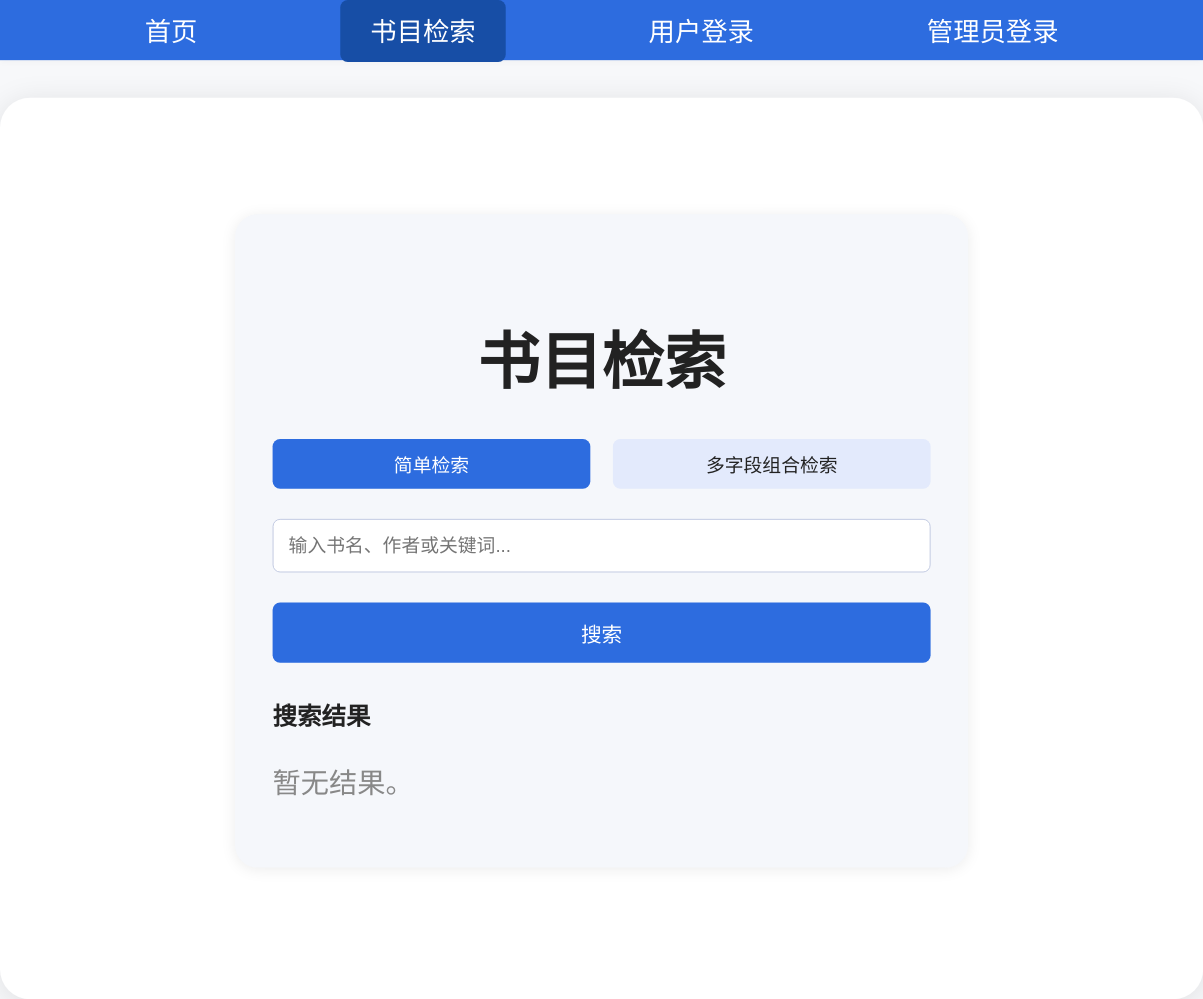
Repository: MercuryRandom/Library-Resource-Management-System
Page: /search (app in frontend/)
These files come from the project's save history. The page is drawn as it stood at one moment and after the next save; the edit follows.
The browser window is 1280 px wide. The pictures show the whole page, at 94% of full size.
The project was rebuilt for these pictures with package versions that can differ from the ones it lists, and the page was loaded fresh each time. Also part of the build but not shown: frontend/vite.config.js, frontend/src/pages/HomePage.jsx, frontend/src/pages/LoginPage.jsx, frontend/src/pages/RegisterPage.jsx, frontend/src/pages/UserLibraryPage.jsx, frontend/src/pages/AdminLoginPage.jsx, frontend/src/pages/AdminPage.jsx, frontend/src/pages/admin/ReaderManagementPage.jsx and 2 more.

Above is the page before, as saved 2025-06-25 20:30:08.

After the next save:
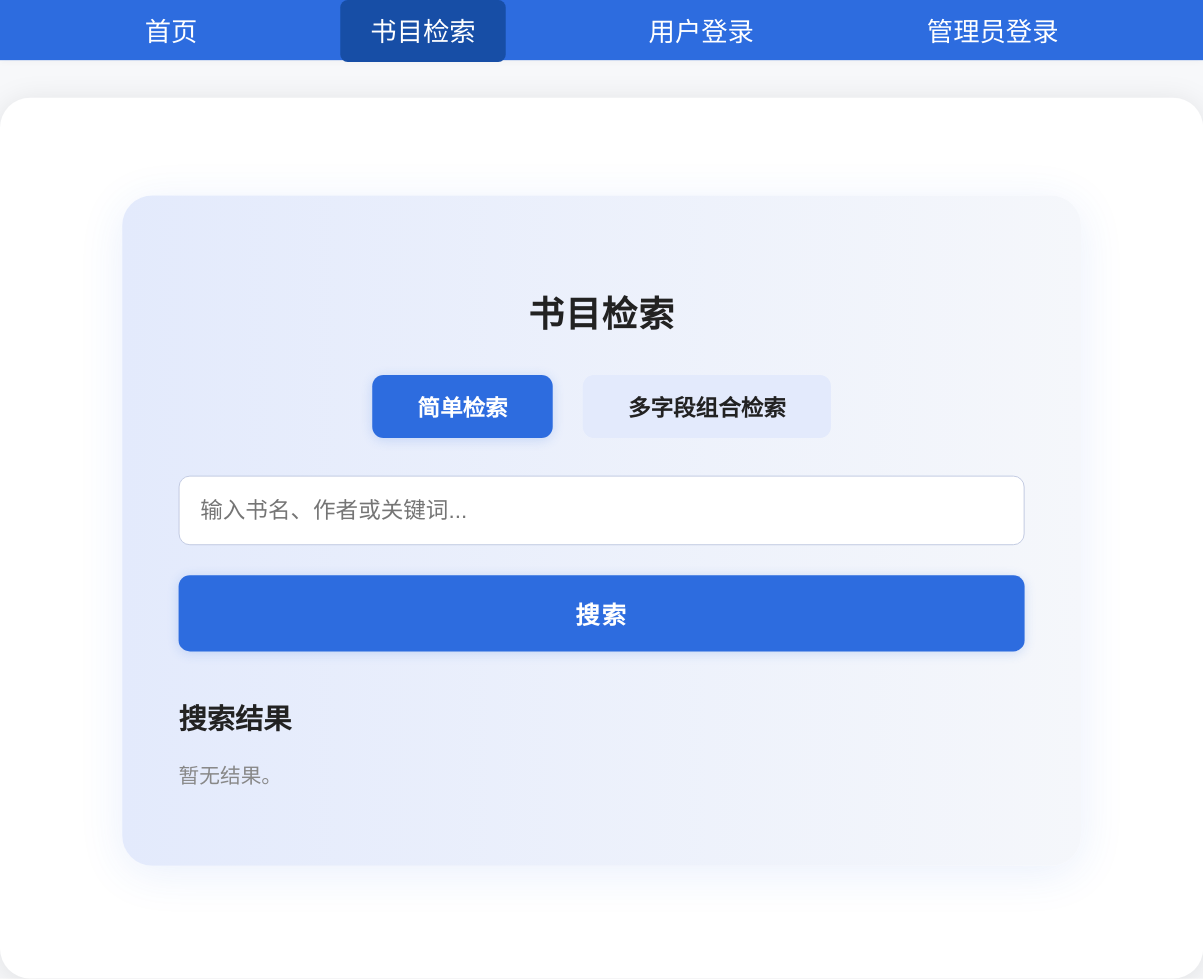
Saved 23 s later.
--- a/frontend/src/pages/SearchPage.jsx
+++ b/frontend/src/pages/SearchPage.jsx
@@ -12,44 +12,46 @@ const SearchPage = () => {
   };
 
   return (
-    <div className="form-card" style={{ maxWidth: '700px' }}>
-      <h2 style={{ textAlign: 'center', marginBottom: 32 }}>书目检索</h2>
-      <div style={{ display: 'flex', justifyContent: 'center', gap: 24, marginBottom: 32 }}>
-        <button type="button" onClick={() => setSearchType('simple')} style={{ background: searchType === 'simple' ? '#2d6cdf' : '#e3eafc', color: searchType === 'simple' ? '#fff' : '#222', border: 'none', borderRadius: 8, padding: '12px 32px', fontSize: 20, cursor: 'pointer' }}>简单检索</button>
-        <button type="button" onClick={() => setSearchType('advanced')} style={{ background: searchType === 'advanced' ? '#2d6cdf' : '#e3eafc', color: searchType === 'advanced' ? '#fff' : '#222', border: 'none', borderRadius: 8, padding: '12px 32px', fontSize: 20, cursor: 'pointer' }}>多字段组合检索</button>
-      </div>
-      <form onSubmit={handleSearch}>
-        {searchType === 'simple' ? (
-          <div>
-            <input
-              type="text"
-              value={query}
-              onChange={(e) => setQuery(e.target.value)}
-              placeholder="输入书名、作者或关键词..."
-              style={{ width: '100%', padding: '16px', fontSize: 20, borderRadius: 8, border: '1px solid #bfc8e0', marginBottom: 24 }}
-            />
-          </div>
-        ) : (
-          <div>
-            <p style={{ color: '#888', marginBottom: 16 }}>多字段组合检索功能待开发。</p>
-            <input
-              type="text"
-              value={query}
-              onChange={(e) => setQuery(e.target.value)}
-              placeholder="多字段检索..."
-              style={{ width: '100%', padding: '16px', fontSize: 20, borderRadius: 8, border: '1px solid #bfc8e0', marginBottom: 24 }}
-              disabled
-            />
-          </div>
-        )}
-        <button type="submit" style={{ width: '100%', padding: '16px', fontSize: 22, background: '#2d6cdf', color: '#fff', border: 'none', borderRadius: 8, cursor: 'pointer' }}>
-          搜索
-        </button>
-      </form>
-      <div style={{ marginTop: '36px' }}>
-        <h3 style={{ fontSize: 26, marginBottom: 12 }}>搜索结果</h3>
-        {/* 搜索结果将在这里显示 */}
-        <p style={{ color: '#888' }}>暂无结果。</p>
+    <div style={{ display: 'flex', justifyContent: 'center', alignItems: 'flex-start', minHeight: '60vh' }}>
+      <div className="card-hover" style={{ maxWidth: '900px', width: '100%', background: 'linear-gradient(90deg, #e3eafc 0%, #f5f7fb 100%)', borderRadius: '32px', boxShadow: '0 8px 48px rgba(45,108,223,0.10)', padding: '64px 60px 60px 60px', margin: '40px 0', transition: 'box-shadow 0.25s, transform 0.25s' }}>
+        <h2 style={{ textAlign: 'center', marginBottom: 40, fontSize: 38, fontWeight: 700, letterSpacing: 1 }}>书目检索</h2>
+        <div style={{ display: 'flex', justifyContent: 'center', gap: 32, marginBottom: 40 }}>
+          <button type="button" onClick={() => setSearchType('simple')} style={{ background: searchType === 'simple' ? '#2d6cdf' : '#e3eafc', color: searchType === 'simple' ? '#fff' : '#222', border: 'none', borderRadius: 12, padding: '16px 48px', fontSize: 24, cursor: 'pointer', fontWeight: 600, boxShadow: searchType === 'simple' ? '0 2px 12px #2d6cdf33' : 'none' }}>简单检索</button>
+          <button type="button" onClick={() => setSearchType('advanced')} style={{ background: searchType === 'advanced' ? '#2d6cdf' : '#e3eafc', color: searchType === 'advanced' ? '#fff' : '#222', border: 'none', borderRadius: 12, padding: '16px 48px', fontSize: 24, cursor: 'pointer', fontWeight: 600, boxShadow: searchType === 'advanced' ? '0 2px 12px #2d6cdf33' : 'none' }}>多字段组合检索</button>
+        </div>
+        <form onSubmit={handleSearch}>
+          {searchType === 'simple' ? (
+            <div>
+              <input
+                type="text"
+                value={query}
+                onChange={(e) => setQuery(e.target.value)}
+                placeholder="输入书名、作者或关键词..."
+                style={{ width: '100%', padding: '22px', fontSize: 24, borderRadius: 12, border: '1.5px solid #bfc8e0', marginBottom: 32, background: '#fff', boxSizing: 'border-box' }}
+              />
+            </div>
+          ) : (
+            <div>
+              <p style={{ color: '#888', marginBottom: 20, fontSize: 20 }}>多字段组合检索功能待开发。</p>
+              <input
+                type="text"
+                value={query}
+                onChange={(e) => setQuery(e.target.value)}
+                placeholder="多字段检索..."
+                style={{ width: '100%', padding: '22px', fontSize: 24, borderRadius: 12, border: '1.5px solid #bfc8e0', marginBottom: 32, background: '#fff', boxSizing: 'border-box' }}
+                disabled
+              />
+            </div>
+          )}
+          <button type="submit" style={{ width: '100%', padding: '22px', fontSize: 26, background: '#2d6cdf', color: '#fff', border: 'none', borderRadius: 12, cursor: 'pointer', fontWeight: 700, letterSpacing: 2, boxShadow: '0 2px 12px #2d6cdf33' }}>
+            搜索
+          </button>
+        </form>
+        <div style={{ marginTop: '48px' }}>
+          <h3 style={{ fontSize: 30, marginBottom: 18 }}>搜索结果</h3>
+          {/* 搜索结果将在这里显示 */}
+          <p style={{ color: '#888', fontSize: 22 }}>暂无结果。</p>
+        </div>
       </div>
     </div>
   );
